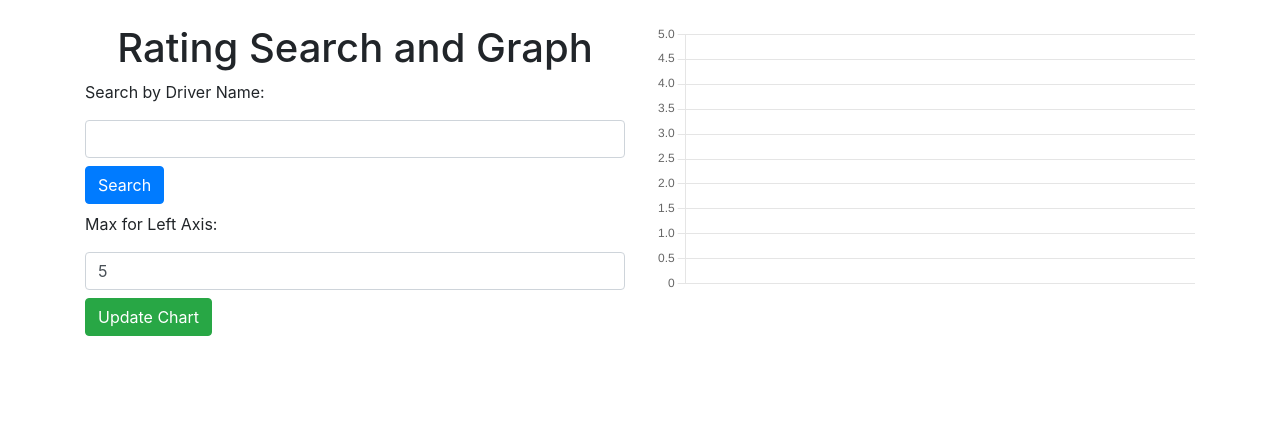
Repository: adrcstro/TrackingManagement
Page: http://localhost/tcpdf/Loginsystem/fetchdata.php
These files come from the project's save history. The page is drawn as it stood at one moment and after the next save; the edit follows.
The browser window is 1280 px wide. The pictures show the whole page.
Some web libraries are served in a nearby version. The page is run by PHP 8.4 with error messages shown; the project is at /var/www/html/. Queries for data that is not in the repository find no rows.

Above is the page before, as saved 2023-11-24 18:47:37.
Console error: TypeError: Cannot read properties of null (reading 'addEventListener')

After the next save:
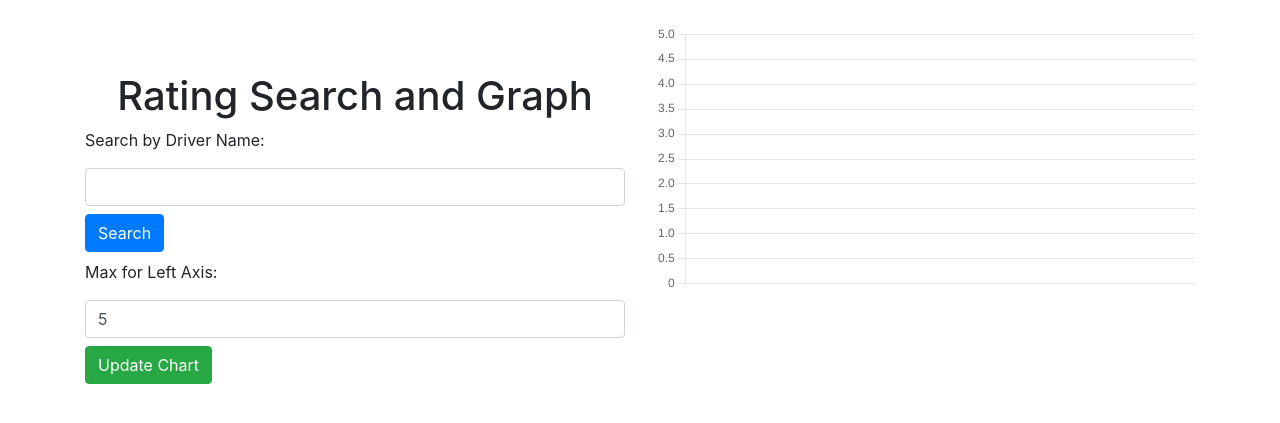
Saved 27 s later.
--- a/Loginsystem/fetchdata.php
+++ b/Loginsystem/fetchdata.php
@@ -50,7 +50,7 @@
 
 <div class="container">
         <div class="row">
-            <div class="col-md-6">
+            <div class="col-md-6 mt-5">
                 <h1 class="text-center mt-4">Rating Search and Graph</h1>
 
                 <form method="post" action="" class="mt-2">
